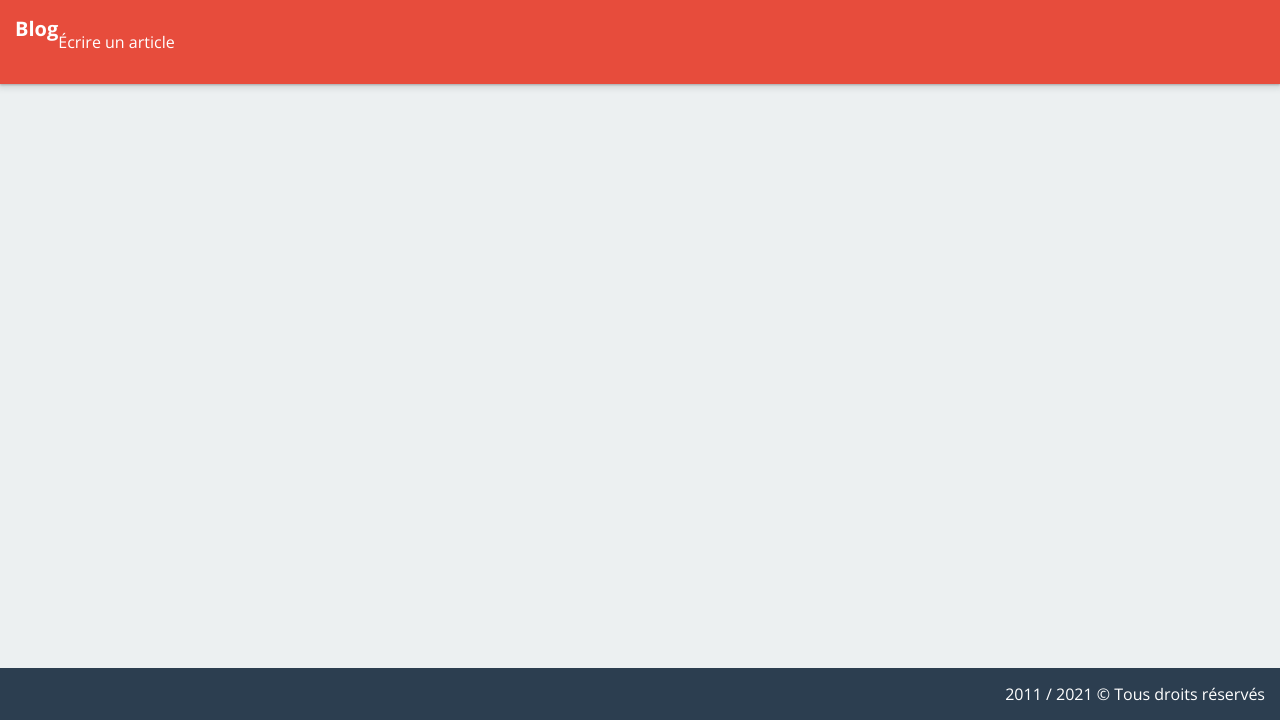
Repository: Yannis699/Projet_blog
Page: http://localhost/
These files come from the project's save history. The page is drawn as it stood at one moment and after a run of saves; the edit follows.
The browser window is 1280 px wide. The pictures show the whole page.
The page is run by PHP 8.4 with error messages shown; the project is at /var/www/html/.

Above is the page before, as saved 2022-05-19 21:13:27.

After the next 2 saves:
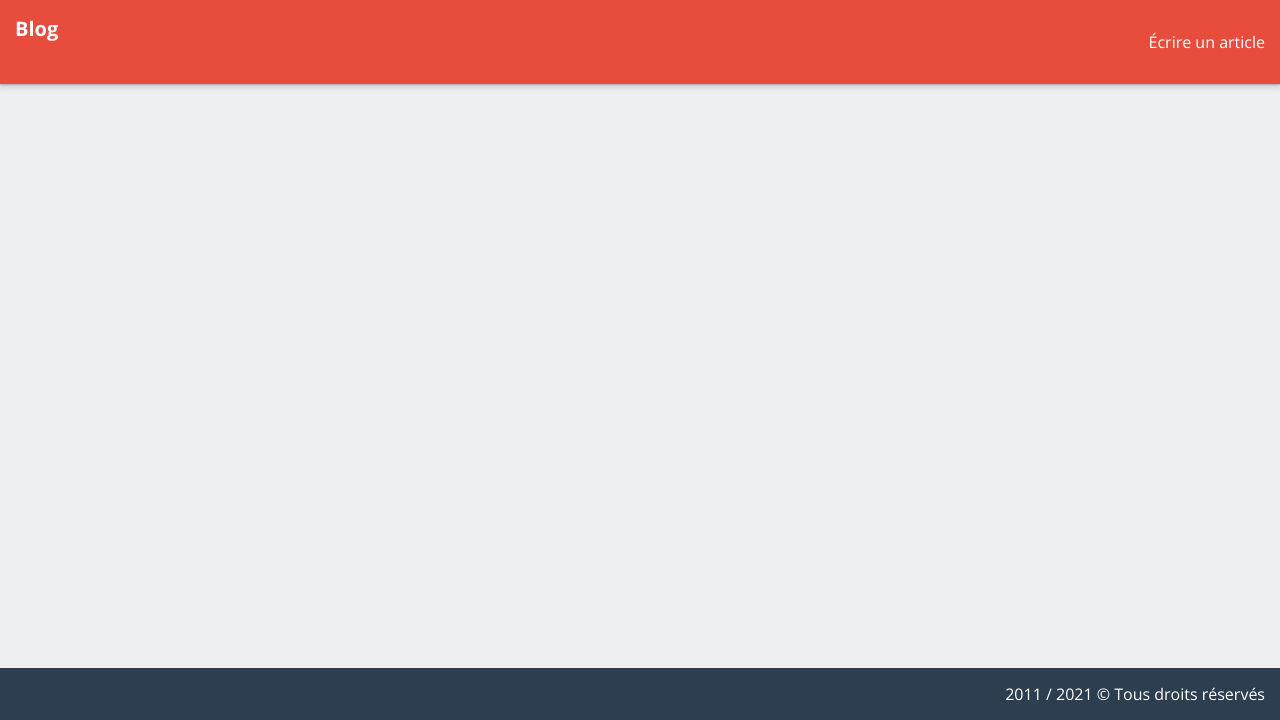
The 2 saves are shown as one change because they came seconds apart.
The last was saved 17 s later.
--- a/blog/public/css/style.css
+++ b/blog/public/css/style.css
@@ -107,7 +107,8 @@ header {
   box-shadow: var(--box-shadow);
   color: var(--text-color-light);
   display: flex;
-
+  flex-flow: row nowrap;
+  justify-content: space-between;
 }
 
 .logo {
